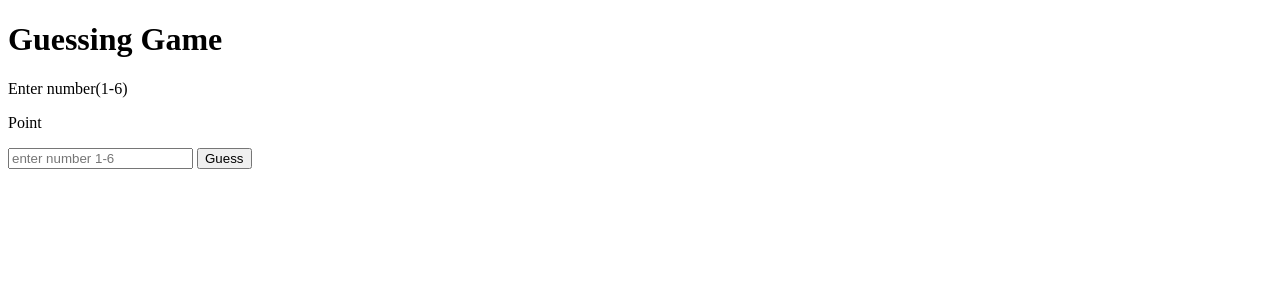
Repository: sedashahnazaryan/Guessing-Game
Page: index.html
The author's editor kept a copy of each file at every save. The page is drawn from the files as they stood at one save, then again after a run of saves.
The browser window is 1280 px wide. The pictures show the whole page.

Above is the page before, as saved 2022-02-23 19:20:14.

After the next 4 saves:
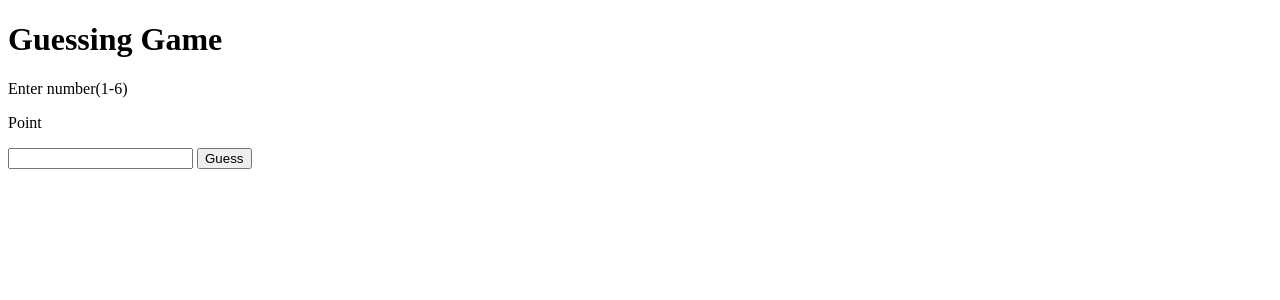
The 4 saves are shown as one change because they came seconds apart.
The last was saved 91 s later.
--- a/index.html
+++ b/index.html
@@ -12,7 +12,7 @@
         <h1 class="Guessing">Guessing Game</h1>
      <p class="enter">Enter number(1-6)</p>
      <p class="p">Point</p>
-     <input type="number" id="value" placeholder="enter number 1-6">
+     <input type="number" id="">
      <button id="button">Guess</button>
      <div class="table" id="show-text"></div>
     </div>
